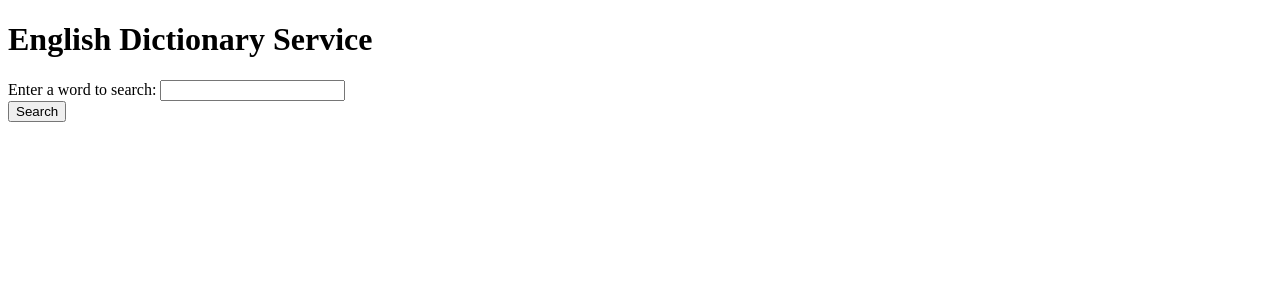
Repository: SnoW246/DS-Asynchronous-RMI-Dictionary-Service
Page: http://localhost/job-server/webApp.jsp
These files come from the project's save history. The page is drawn as it stood at one moment and after the next save; the edit follows.
The browser window is 1280 px wide. The pictures show the whole page.
The page is served by Tomcat 9. Other server files are loaded and not shown.

Above is the page before, as saved 2017-12-22 23:10:54.

### job-server/WebContent/webApp.jsp
<%@ page language="java" contentType="text/html; charset=ISO-8859-1"
  pageEncoding="ISO-8859-1"%>
<!DOCTYPE html PUBLIC "-//W3C//DTD HTML 4.01 Transitional//EN" "http://www.w3.org/TR/html4/loose.dtd">
<html>
	<head>
	<meta http-equiv="Content-Type" content="text/html; charset=ISO-8859-1">
	<title>Dictionary</title>
	</head>

	<body>
		<h1 style="Bold">English Dictionary Service</h1>
		<form action="lookup" method="post">
			<div class="form-group">
			  <label>Enter a word to search:</label>
			  <input type="text" class="form-control" name="word">
			</div>

			<div class="form-group">
			  <button class="btn btn-success" type="submit">Search</button>
			</div>
		</form>

		<div class="alert alert-success">
		   	${messages.description}
		</div>
	</body>
</html>

After the next save:
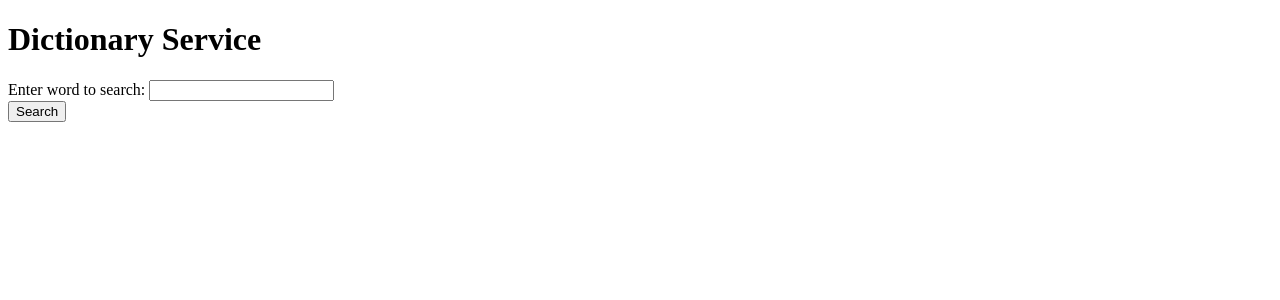
Saved 81 s later.
--- a/job-server/WebContent/webApp.jsp
+++ b/job-server/WebContent/webApp.jsp
@@ -2,26 +2,29 @@
   pageEncoding="ISO-8859-1"%>
 <!DOCTYPE html PUBLIC "-//W3C//DTD HTML 4.01 Transitional//EN" "http://www.w3.org/TR/html4/loose.dtd">
 <html>
-	<head>
-	<meta http-equiv="Content-Type" content="text/html; charset=ISO-8859-1">
-	<title>Dictionary</title>
-	</head>
+<head>
+<meta http-equiv="Content-Type" content="text/html; charset=ISO-8859-1">
+<title>dictionary</title>
+</head>
+<body>
 
-	<body>
-		<h1 style="Bold">English Dictionary Service</h1>
-		<form action="lookup" method="post">
-			<div class="form-group">
-			  <label>Enter a word to search:</label>
-			  <input type="text" class="form-control" name="word">
-			</div>
 
-			<div class="form-group">
-			  <button class="btn btn-success" type="submit">Search</button>
-			</div>
-		</form>
+<h1 style="Red; Bold">Dictionary Service</h1>
+<form action="lookup" method="post">
+<div class="form-group">
+  <label>Enter word to search:</label>
+  <input type="text" class="form-control" name="word">
+</div>
 
-		<div class="alert alert-success">
-		   	${messages.description}
-		</div>
-	</body>
+<div class="form-group">
+  <button class="btn btn-success" type="submit">Search</button>
+</div>
+
+</form>
+
+<div class="alert alert-success">
+   	${messages.description}
+</div>
+
+</body>
 </html>
